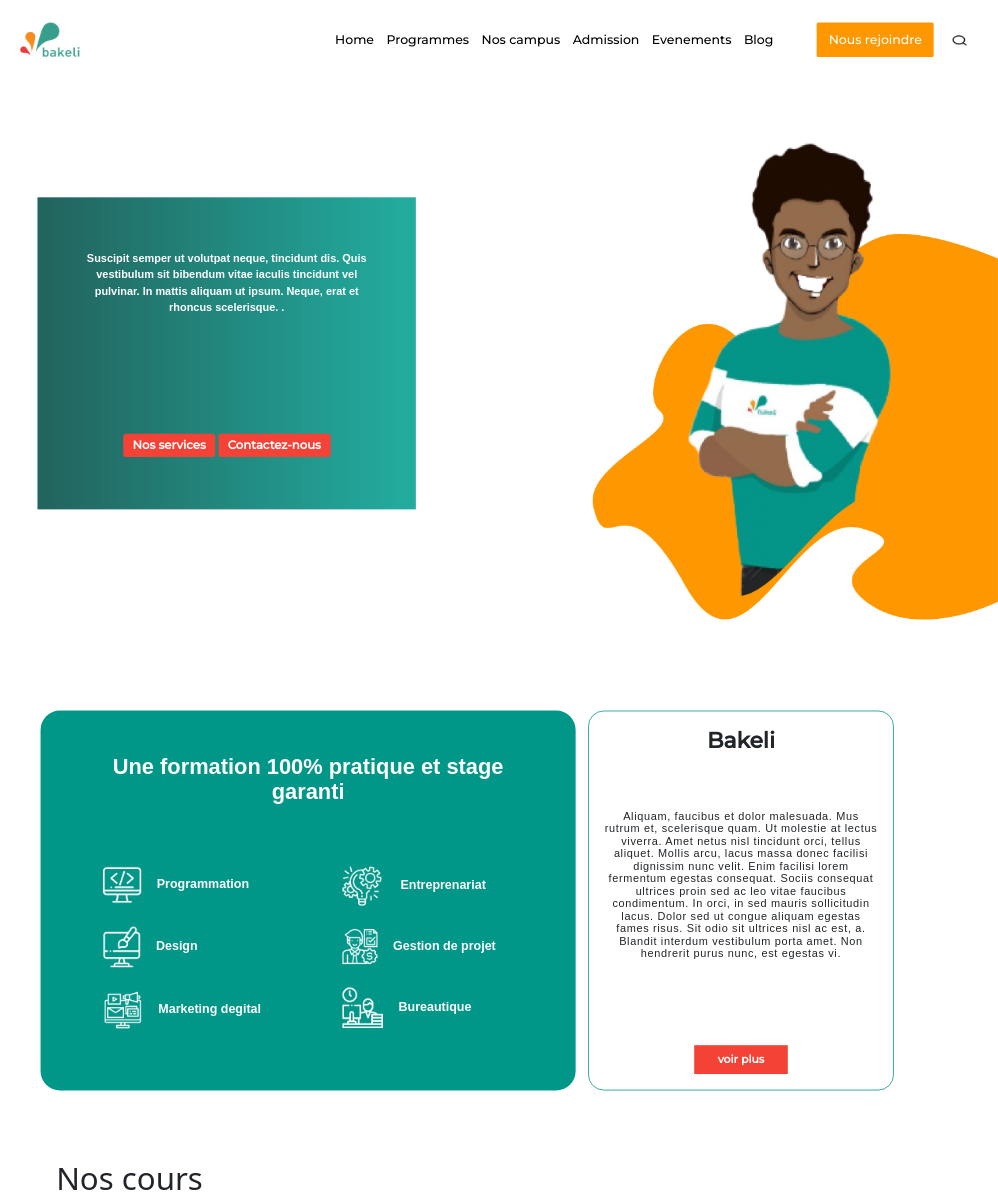
Repository: wadelfadill/tache_6_validation_prototype_bootstrap
Page: index.html
An editor plug-in stored every save of this project. The page is shown before and after the next save, followed by the edit.
The browser window is 1280 px wide. The pictures show the part of the page from y = 0 to 1532 px (the page is 5808 px tall before and 5795 px after), at 78% of full size.
A picture or video elsewhere on the page could not be fetched, so the positions and the page height are approximate. Some web libraries are served in a nearby version.

Above is the page before, as saved 2023-04-25 22:18:37.

After the next save:
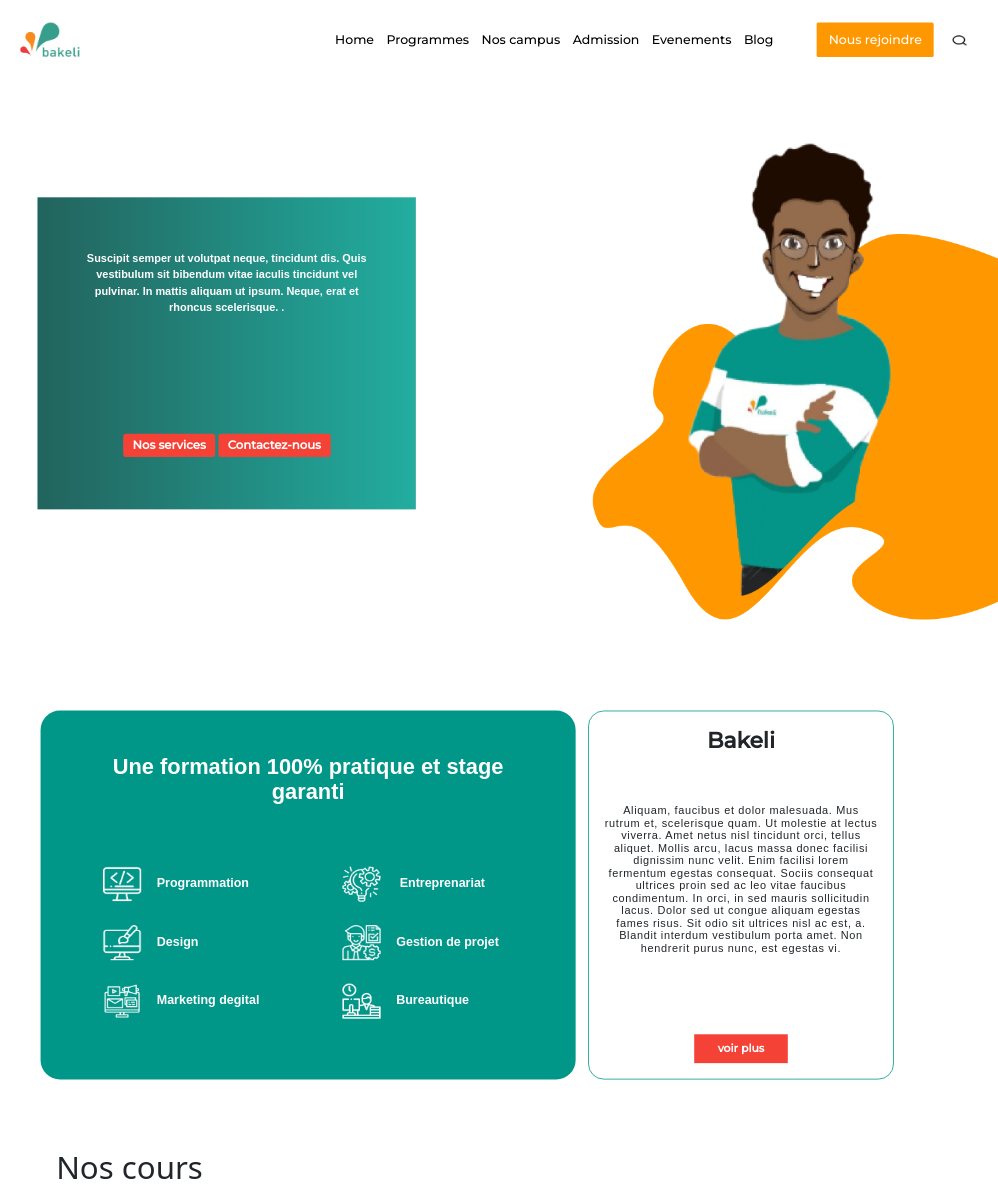
Saved 2 min 53 s later.
--- a/style.css
+++ b/style.css
@@ -173,6 +173,12 @@
     align-self: center;
 
 }
+#formations img{
+    height: 45.12794876098633px;
+    width: 48.999908447265625px;
+
+
+}
 /* =========== cours section =============== */
 #cours{
     background: var(--bg-white);
